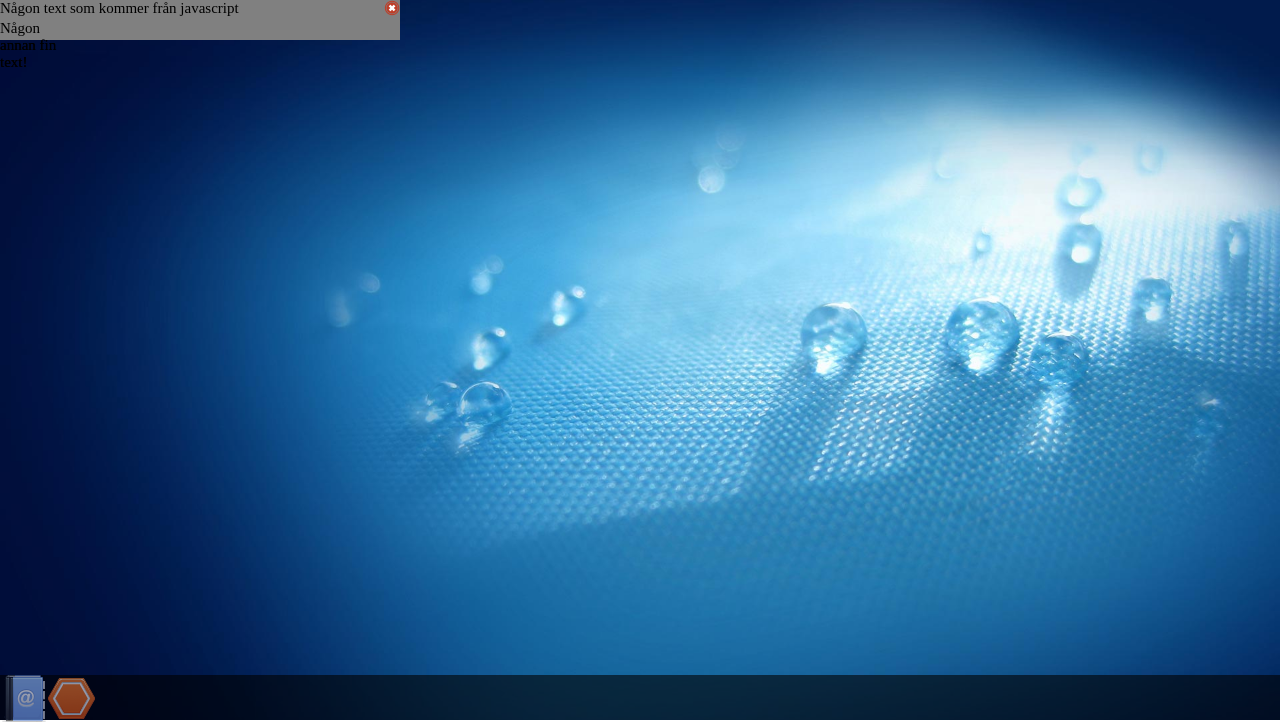
Repository: al223jw/1dv403-laborationer
Page: Project/index.html
The author's editor kept a record of every edit. The page is drawn from the files as they stood at one moment, then again after the next edit.
The browser window is 1280 px wide. The pictures show the whole page.
The page's requests for data from a server got no answer.

Above is the page before.

### Project/index.html
<!DOCTYPE html>
<html>
    <head>
        <meta name="viewport" content="width=device-width, initial-scale=1.0"/>
        <meta charset="utf-8"/>

        <title>Antons Project</title>

        <link rel="stylesheet" href="css.css"/>
        <script src="desktop.js"></script>
        <script src="window.js"></script>
        <script src="start.js"></script>
        <script src="galleri.js"></script>
        <script src="memory.js"></script>


        <script src="script.js"> </script>
    </head>

    <body>
        <div id="desktop">

        <template id="template">
            <div class="window">
                <div class="headline"><img class="img"></img><div class="title">Någon text som kommer från javascript</div><img class="exit" src="pics/exit.png"></img></div>
                <div class="box">

                </div>
                <div class="underline"><div class="title2">Någon annan fin text!</div></div>
        </template>

            <div id="start"></div>
        </div>
    </body>
</html>

### Project/css.css
html, body
{
    width:100%;
    height:100%;
    margin:0;
    padding:0;
}
#desktop
{

    background-image:url("pics/Projektbakgrund.jpg");
    background-size:cover;
    background-position:center;
    width:100%;
    height:100%;
}
.window
{
    position:absolute;
    width:400px;
}
.headline
{
    background-color:gray;
    width:100%;
    height:20px;
    font-size:15px;
}
.headline .title
{
    margin:0;
    padding:0;
    float: left;
}
.exit
{
    float:right;
}
.underline
{
    background-color:gray;
    width:100%;
    height:20px;
    font-size:15px;
}
.underline .title2
{
    margin:0;
    padding:0;
    float: left;
}
.load1
{
    position: absolute;
    width: 16px;
    height: 16px;
    -webkit-animation:spin 4s linear infinite;

    transform:rotate(99999999999999999999999999999999deg);
}

.box
{
    background-color:#996633;
    height: 100%;
    overflow: scroll;
    list-style: none;
    display: flex;
    flex-direction: row;
    flex-wrap: wrap;
    justify-content: space-around;
}
#start
{
    background-color:black;
    opacity:0.6;
    width:100%;
    height:45px;
    position:absolute;
    bottom:0px;
}
.smallimg
{
    background-color:#99FFFF;
    padding:5px;
    margin-top: 10px;
}
.bigimg
{

}
.title2
{
    width:60px;
    margin:0;
}
.smallgalleri
{
    width:16;
    height:16;
}

### Project/desktop.js
"use strict";

function Desktop()
{
    this.element = document.querySelector("#desktop");

}

### Project/window.js
"use strict";

function Window(desktop)
{
    var template = document.querySelector("#template");
    var windowTemplate = template.content.querySelector(".window");
    this.w = windowTemplate.cloneNode(true);

    this.titelelement = this.w.querySelector(".title");

    this.titelelement2 = this.w.querySelector(".title2");

    this.titelelement3 = document.createElement('img');
    this.titelelement3.classList.add("load1");
    this.titelelement3.src = "pics/Loader.gif";

    this.box = this.w.querySelector(".box");

    this.img = this.w.querySelector(".img");

    this.desktop = desktop;


    var close = this.w.querySelector(".exit");

    var self = this;

    close.onclick = function()
    {
        self.close();
    };

    desktop.element.appendChild(this.w);

    this.titelelement3.src = "pics/Loader.gif";

    var XHR = new XMLHttpRequest();

    XHR.onreadystatechange = function()
    {
      if(XHR.readyState == 4 && XHR.status === 200)
      {
          this.titelelement3.src = "pics/imgdone.png";
      }
    };
    XHR.open("GET","http://homepage.lnu.se/staff/tstjo/labbyServer/imgviewer/",true);
    XHR.send(null);

}

Window.prototype.close = function()
{
    this.w.parentNode.removeChild(this.w);
};

Window.prototype.setTitle = function(title)
{

    this.titelelement.innerHTML = title;

};
Window.prototype.Status = function(title2)
{
    this.titelelement2.innerHTML = title2;
};
Window.prototype.Imgtoptitle = function (img)
{
    this.img.src = img;
};

### Project/start.js
"use strict";
function Start(desk)
{
    var start = document.querySelector("#start");

    var img = document.createElement("img");

    var img2 = document.createElement("img");

    img.src = "pics/galleri.png";
    img2.src = "pics/Memory.png";

    start.appendChild(img);

    start.appendChild(img2);

    img.onclick = function()
    {
        var w = new Window(desk, "Galleri", "Kattbajs!");
    };

    img2.onclick = function()
    {
        var w = new Window(desk, "Memory")
    };
}

### Project/galleri.js
"use strict";

function Galleri(w)
{
    w.setTitle("Galleri");
    w.Status("Loading");
    w.Imgtoptitle("pics/galleri.png");

    var box = w.box;

    var XHR = new XMLHttpRequest();

    w.underline.appendChild(w.titelelement3);
    // append loading gif.
    XHR.onreadystatechange = function()
    {
      if(XHR.readyState == 4 && XHR.status === 200)
      {
            w.Status("Done");
            w.titelelement3.parentNode.removeChild(w.titelelement3);
            //removechild gif.
            var array = JSON.parse(XHR.responseText);
            console.log(array);

            for(var i=0; i<array.length; i++)
            {
                var img = document.createElement("img");
                img.classList.add("smallimg");
                var aTag = document.createElement("a");
                aTag.href = "#";
                aTag.url = array[i].URL;

                img.src = array[i].thumbURL;

                aTag.onclick = function()
                {

                    var wind = new Window(w.desktop);
                    var showpic = new Viewpic(wind, this.url);
                };

                aTag.appendChild(img);
                box.appendChild(aTag);
            }

      }
    };
    XHR.open("GET","http://homepage.lnu.se/staff/tstjo/labbyServer/imgviewer/",true);
    XHR.send(null);
}

function Viewpic(w, URL)
{
    var img = document.createElement("img");
    img.classList.add("bigimg");
    img.src = URL;
    w.box.appendChild(img);
    w.setTitle("Image Viewer");
    w.Status("Loading");
    w.Imgtoptitle("pics/galleri.png");
}

### Project/memory.js
"use strict";

function Memory(w)
{
    w.setTitle("Memory");

    w.Status("BOOM!");
}

### Project/script.js
"use strict";
window.onload = function()
{

    var desk = new Desktop();

    var start = new Start(desk);

    var wind = new Window(desk,"Memory");

    var wind2 = new Window(desk,"Nicewindow");
};

After the next edit:
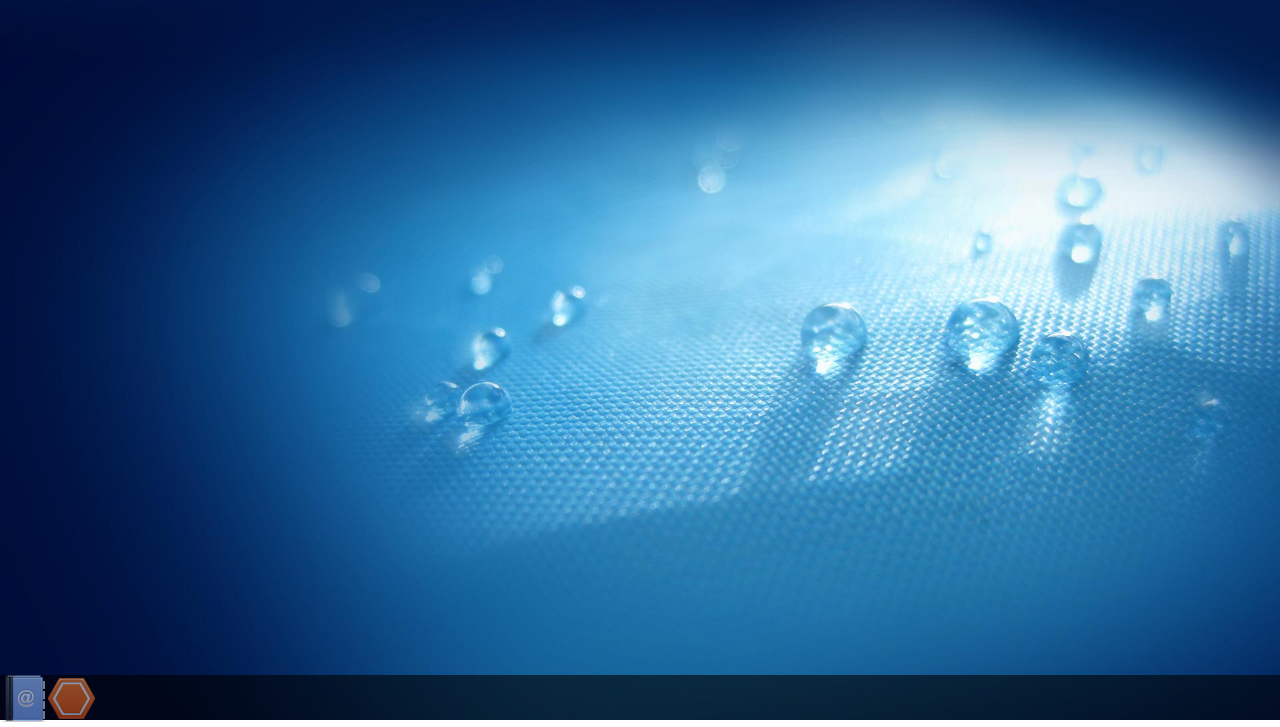
The edit:
--- a/Project/script.js
+++ b/Project/script.js
@@ -5,8 +5,4 @@
     var desk = new Desktop();
 
     var start = new Start(desk);
-
-    var wind = new Window(desk,"Memory");
-
-    var wind2 = new Window(desk,"Nicewindow");
 };
